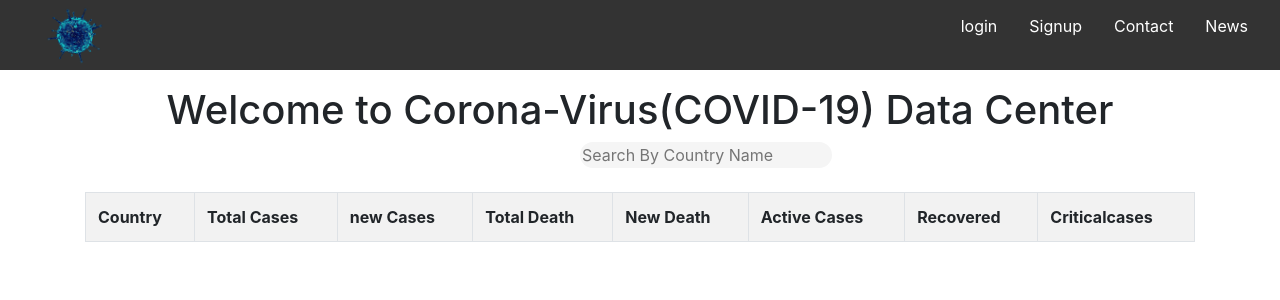
Repository: xthashankar/COVID-19-data-
Page: index.html
These files come from the project's save history. The page is drawn as it stood at one moment and after the next save; the edit follows.
The browser window is 1280 px wide. The pictures show the whole page.
The page's requests for data from a server got no answer.

Above is the page before, as saved 2020-04-10 12:35:52.

### index.html
<!DOCTYPE html>
<html lang="en">
<head>
    <meta charset="UTF-8">
    <meta name="viewport" content="width=device-width, initial-scale=1.0">
    <link rel="stylesheet" href="https://maxcdn.bootstrapcdn.com/bootstrap/4.4.1/css/bootstrap.min.css">
     <script src="https://ajax.googleapis.com/ajax/libs/jquery/3.4.1/jquery.min.js"></script>
     <script src="https://cdnjs.cloudflare.com/ajax/libs/popper.js/1.16.0/umd/popper.min.js"></script>
    <script src="https://maxcdn.bootstrapcdn.com/bootstrap/4.4.1/js/bootstrap.min.js"></script>
    <link rel="stylesheet" href="css/styles.css">
    <title>Document</title>
</head>
<body>
    <ul>
        <img src="image/coronavirus.png">
        <li><a class="nav" href="#"></a></li>
        <li><a href="#">News</a></li>
        <li><a href="#">Contact</a></li>
        <li><a href="#">Signup</a></li>
        <li><a href="#">login</a></li>
    </ul>

    <h1>Welcome to Corona-Virus(COVID-19) Data Center</h1>
    <input type="text" name="filter" id="search" placeholder="Search By Country Name" onkeyup="search()">
    <div class="container">

        <br>
        <table class="table table-bordered  table-striped">
            <thread>
                <tr>
                    <th>Country</th>
                    <th>Total Cases</th>
                    <th>new Cases</th>
                    <th>Total Death</th>
                    <th>New Death</th>
                    <th>Active Cases</th>
                    <th>Recovered</th>
                    <th>Criticalcases</th>
            </tr>
            </thread>
            <tbody  id="coranavirus">
            </tbody>
        </table>
    </div>
</body>
<script src="javascript/main.js"></script>
</html>

### css/styles.css
ul{
    list-style-type:none;
    overflow: hidden;
    background-color:#333;
}
li{
   float:right;
}
li a{

    display: block;
    color:white;
    text-align: center;
    padding: 14px 16px;
    text-decoration: none;
}
li a:hover{
    background-color: #111;
}
h1{
    text-align: center;
}
#search{

    border-radius: 10px;
    margin:5 auto;
    border-radius: 10px;
    margin-left: 580px;
    border: none;
    border-radius: 15px;
    background-color:whitesmoke;
}
img{
    width:70px;
    height:70px;
}

### javascript/main.js
// let who='';
let URL='https://nepalcorona.info/api/v1/data/world'
fetch(URL)
.then(function(response){
   return response.json()
}).then(function(covid){
//    console.log(covid);
       if(covid.length>0)
       {
           var coviddata='';
           covid.forEach(function(data){
            // coviddata +="<tr>";
            if(data.country!="")
            {
            coviddata +="<tr><td>"+data.country+"</td>";
            coviddata +="<td>"+data.totalCases+"</td>";
            coviddata +="<td>"+data.newCases+"</td>";
            coviddata +="<td>"+data.totalDeaths+"</td>";
            coviddata +="<td>"+data.newDeaths+"</td>";
            coviddata +="<td>"+data.activeCases+"</td>";
            coviddata +="<td>"+data.totalRecovered+"</td>";
            coviddata +="<td>"+data.criticalCases+"</td></tr>";
            console.log(coviddata);
            }
            document.getElementById('coranavirus').innerHTML=coviddata;
           })
       }
   })
   //for search
function search(){
    let filter=document.getElementById("search").value.toUpperCase();
    let table=document.getElementById("coranavirus");
    let tr=table.getElementsByTagName("tr");
    for(let i=0;i<tr.length;i++)
    {
     let td=tr[i].getElementsByTagName("td")[0];
        if(td)
        {
         let txtValue=td.textContent||td.innerText;
         if(txtValue.toUpperCase().indexOf(filter)>-1)
            {
            tr[i].style.display="";
            }else
            {
            tr[i].style.display="none";
            }
        }
    }
}

After the next save:
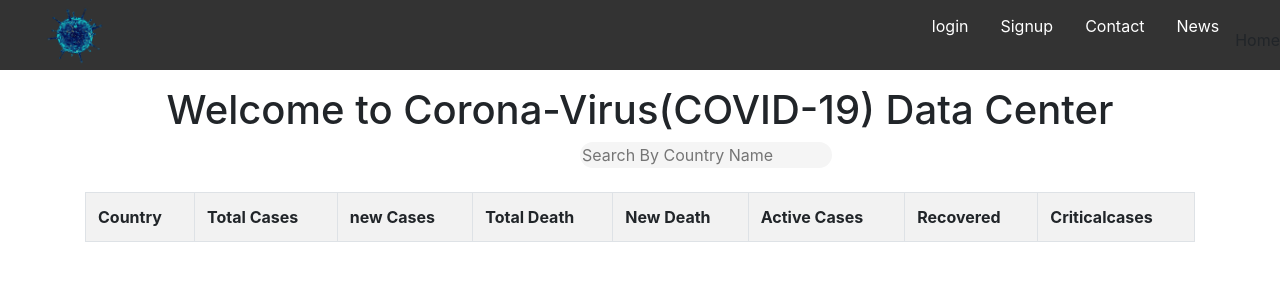
Saved 68 s later.
--- a/index.html
+++ b/index.html
@@ -13,7 +13,7 @@
 <body>
     <ul>
         <img src="image/coronavirus.png">
-        <li><a class="nav" href="#"></a></li>
+        <li><a class="nav" href="#"></a>Home</li>
         <li><a href="#">News</a></li>
         <li><a href="#">Contact</a></li>
         <li><a href="#">Signup</a></li>
